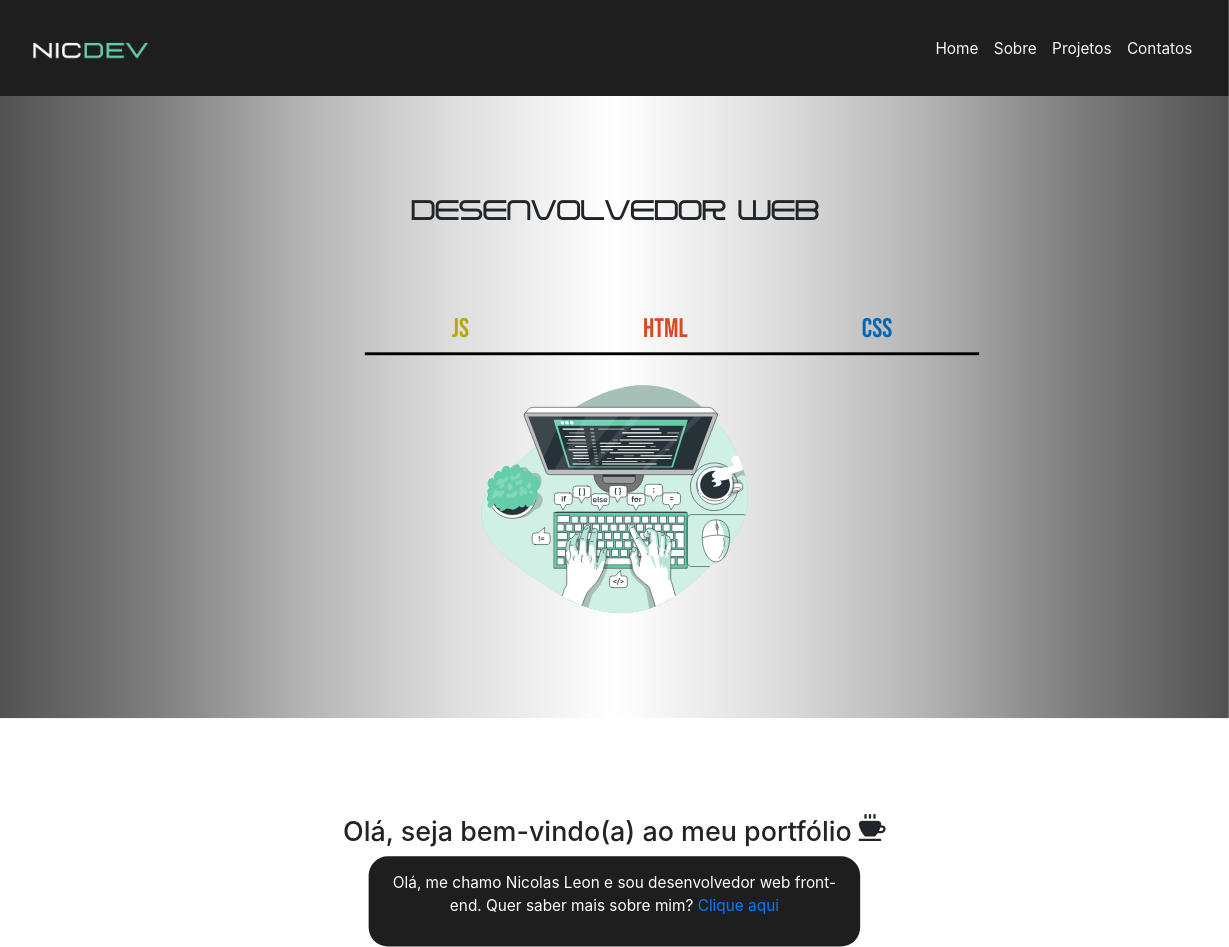
Repository: Leonngc/nicdev
Page: index.html
An editor plug-in stored every save of this project. The page is shown before and after a run of saves, followed by the edit.
The browser window is 1280 px wide. The pictures show the whole page, at 96% of full size.
Some web libraries are served in a nearby version.

Above is the page before, as saved 2023-04-14 12:06:37.

After the next 2 saves:
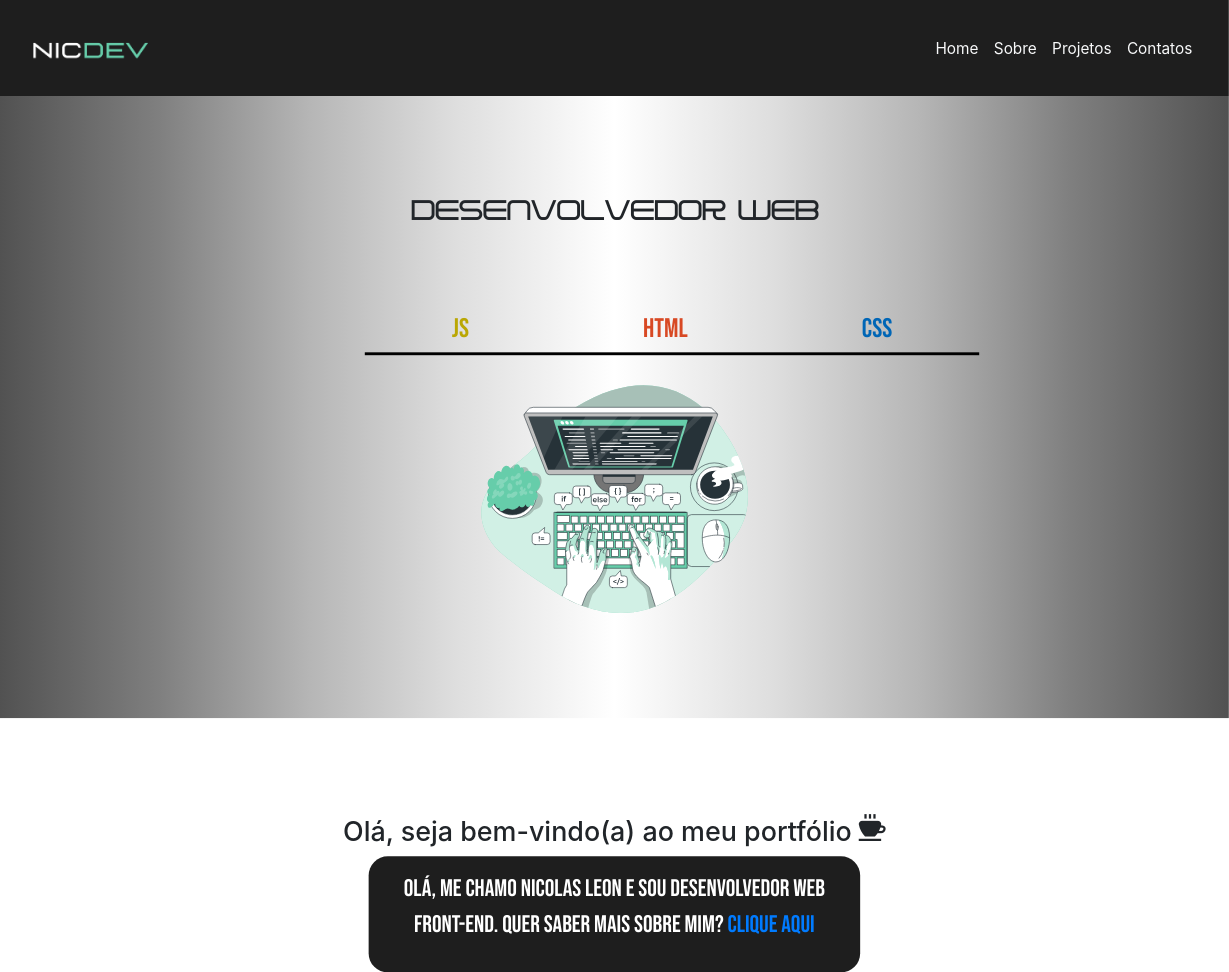
The 2 saves are shown as one change because they came seconds apart.
The last was saved 8 s later.
--- a/styles/main.css
+++ b/styles/main.css
@@ -28,5 +28,6 @@ main{
 }
 
 .box > p{
-    font-size: ;
+    font-size: 25px;
+    font-family: var(--bebas-neue);
 }
